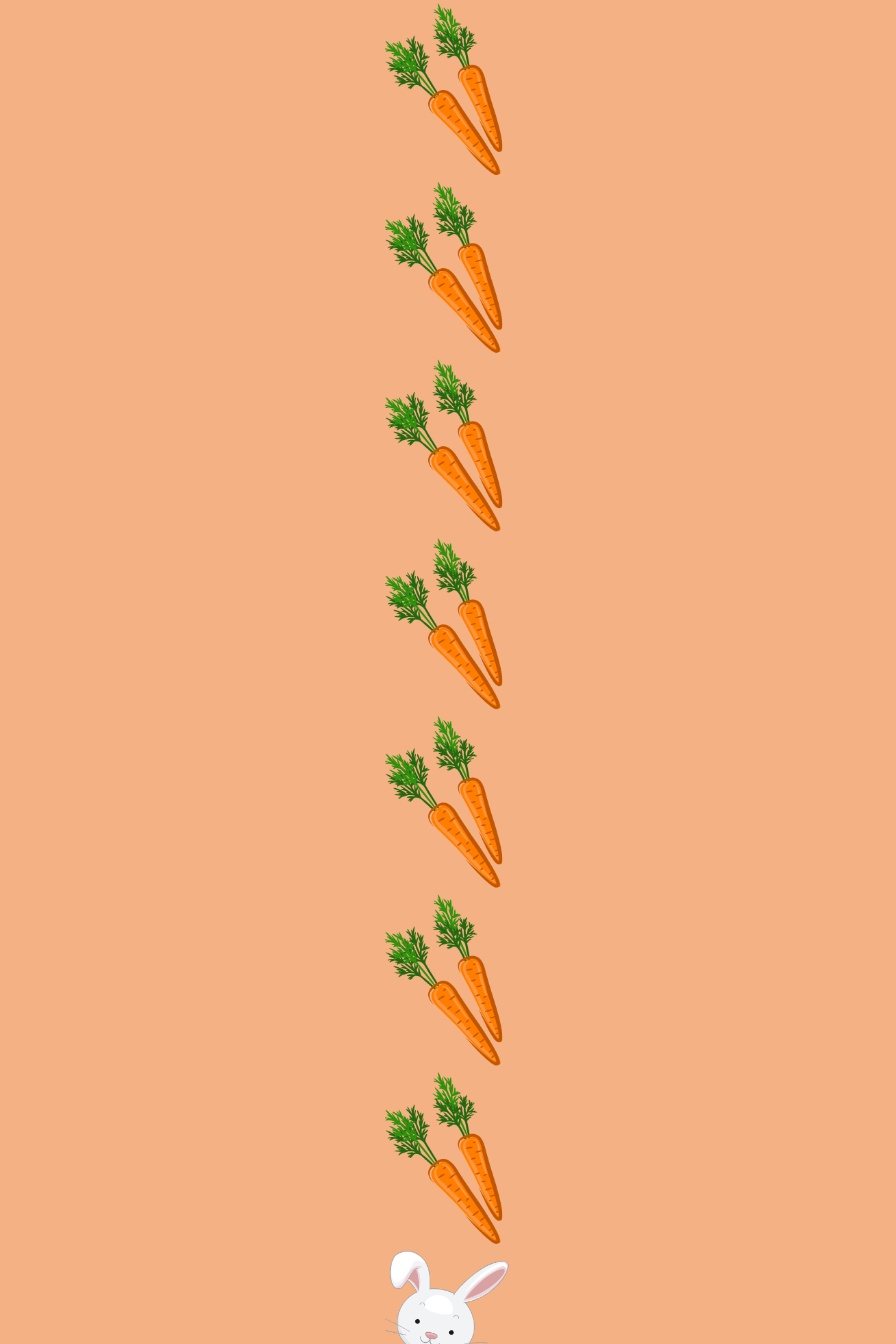
Repository: sephinejo/frontend-browser-101
Page: browser/practice-find-rabbit/index.html
An editor plug-in stored every save of this project. The page is shown before and after the next save, followed by the edit.
The browser window is 1280 px wide. The pictures show the part of the page from y = 0 to 1920 px (the page is 3022 px tall before and 2941 px after), at 70% of full size.

Above is the page before, as saved 2023-05-10 21:10:47.

### browser/practice-find-rabbit/index.html
<!DOCTYPE html>
<html lang="en">
  <head>
    <meta charset="UTF-8" />
    <meta name="viewport" content="width=device-width, initial-scale=1.0" />
    <title>Scroll</title>
    <style>
      body {
        margin: 0;
        display: flex;
        flex-direction: column;
        align-items: center;
        background-color: #f4b183;
      }
      img {
        margin: 5px;
        width: 180px;
      }
    </style>
  </head>
  <body>
    <img src="img/carrot.png" alt="carrot" />
    <img src="img/carrot.png" alt="carrot" />
    <img src="img/carrot.png" alt="carrot" />
    <img src="img/carrot.png" alt="carrot" />
    <img src="img/carrot.png" alt="carrot" />
    <img src="img/carrot.png" alt="carrot" />
    <img src="img/carrot.png" alt="carrot" />
    <img src="img/rabbit.png" alt="rabbit" />
    <img src="img/carrot.png" alt="carrot" />
    <img src="img/carrot.png" alt="carrot" />
    <img src="img/carrot.png" alt="carrot" />
    <img src="img/carrot.png" alt="carrot" />

    <script></script>
  </body>
</html>

After the next save:
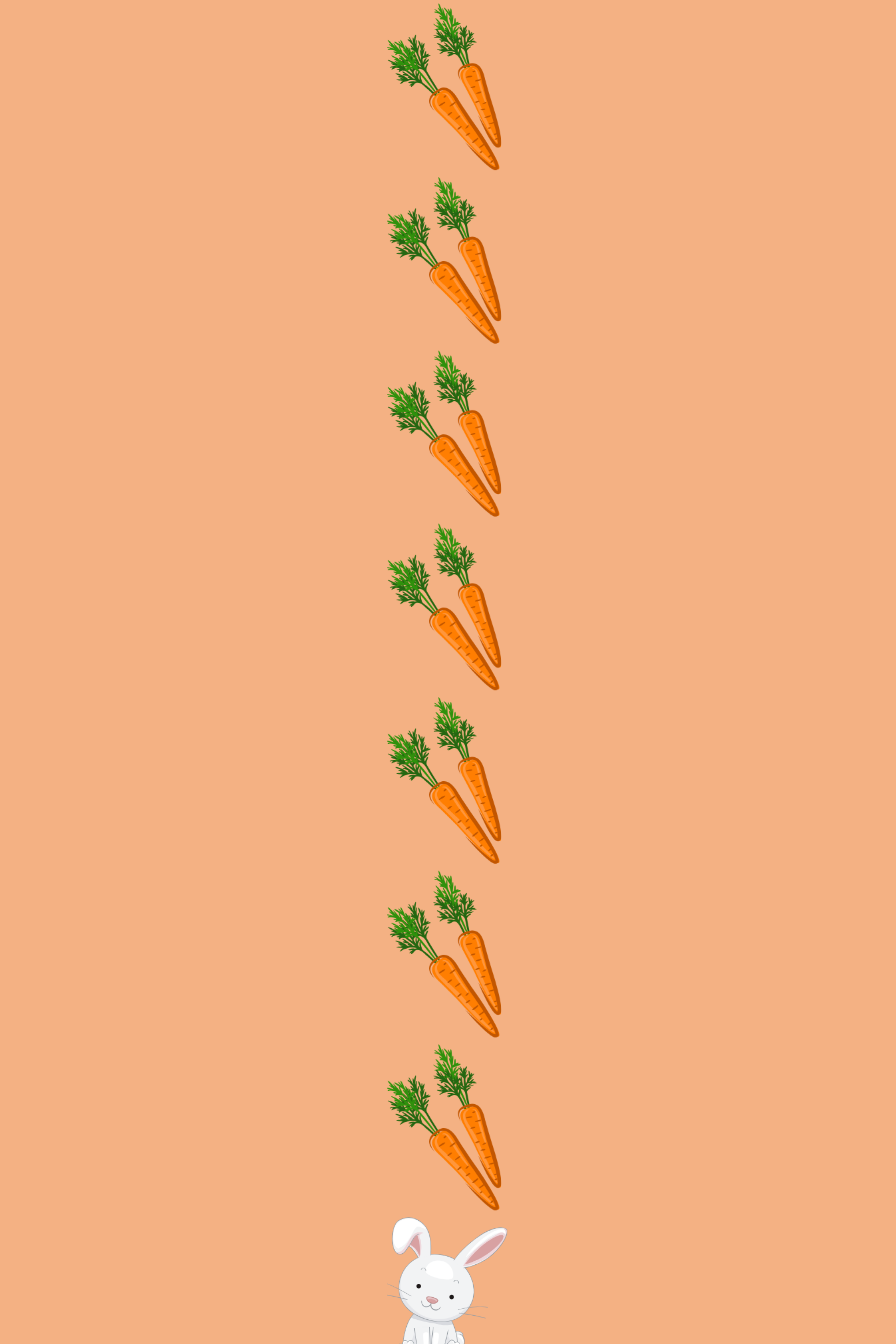
Saved 5 s later.
--- a/browser/practice-find-rabbit/index.html
+++ b/browser/practice-find-rabbit/index.html
@@ -14,7 +14,7 @@
       }
       img {
         margin: 5px;
-        width: 180px;
+        width: 175px;
       }
     </style>
   </head>
